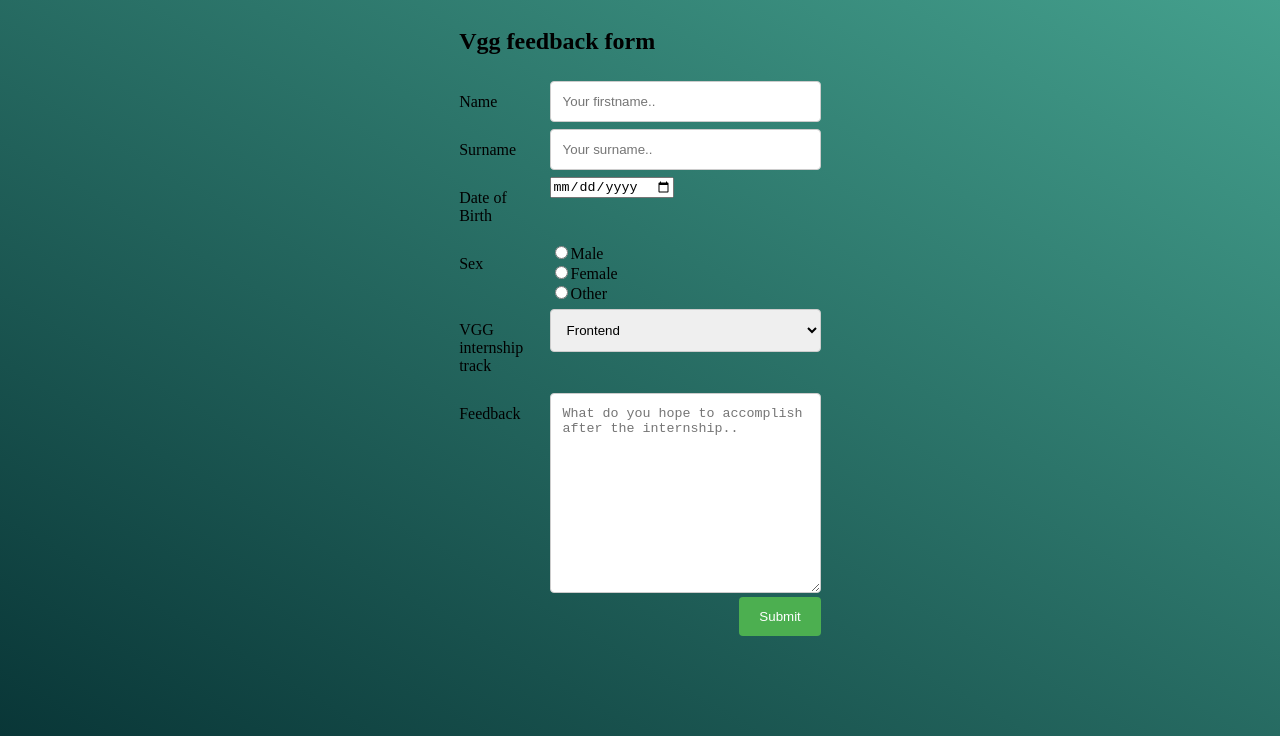
Repository: iphyokafor/VGG-Feedback-form
Page: index2.html
An editor plug-in stored every save of this project. The page is shown before and after the next save, followed by the edit.
The browser window is 1280 px wide. The pictures show the whole page.

Above is the page before, as saved 2020-01-13 00:24:46.

After the next save:
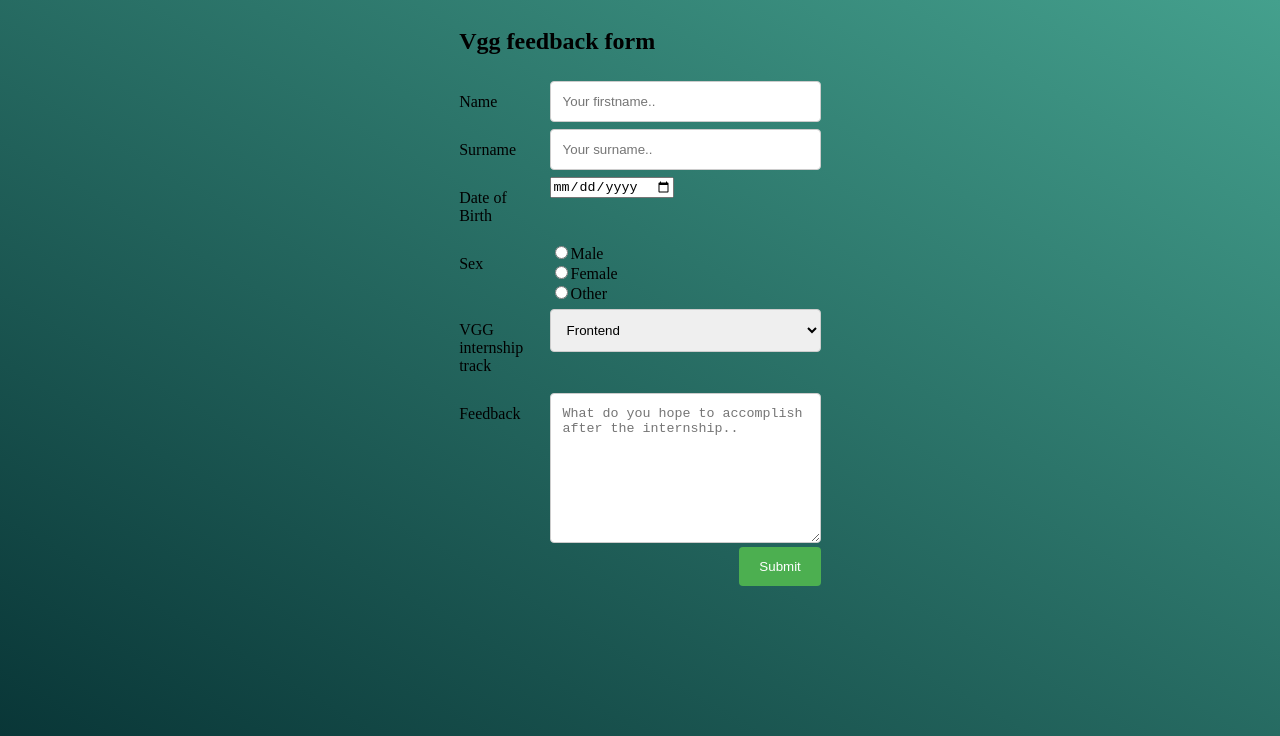
Saved 34 s later.
--- a/index2.html
+++ b/index2.html
@@ -66,7 +66,7 @@
                     <label for="feedback">Feedback</label>
                 </div>
                 <div class="col-75">
-                    <textarea id="feedback" name="feedback" placeholder="What do you hope to accomplish after the internship.." style="height:200px"></textarea>
+                    <textarea id="feedback" name="feedback" placeholder="What do you hope to accomplish after the internship.." style="height:150px"></textarea>
                 </div>
             </div>
             <div class="row">
